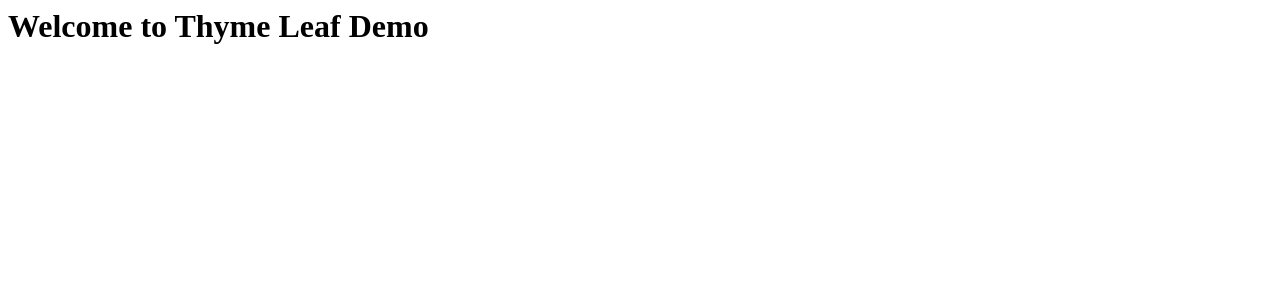
Repository: PiyushSinghThakur/DiscoverPractice
Page: ThymeDemo/src/main/resources/static/index.html
The author's editor kept a copy of each file at every save. The page is drawn from the files as they stood at one save, then again after the next save.
The browser window is 1280 px wide. The pictures show the whole page.

Above is the page before, as saved 2020-12-04 08:44:02.

After the next save:
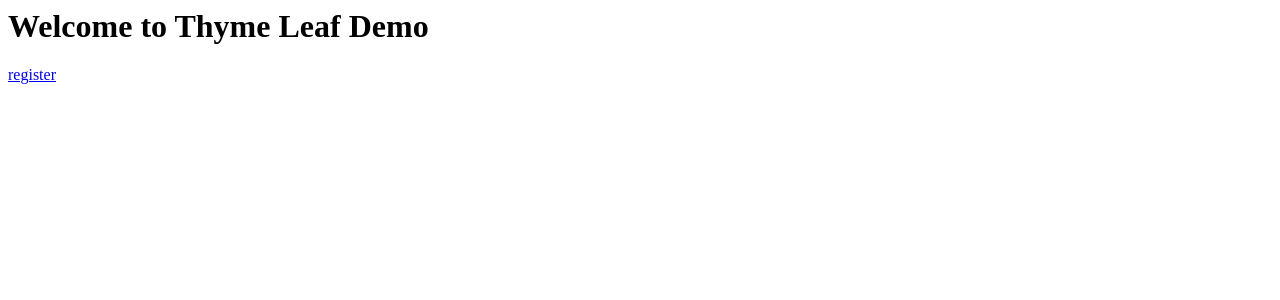
Saved 97 s later.
--- a/ThymeDemo/src/main/resources/static/index.html
+++ b/ThymeDemo/src/main/resources/static/index.html
@@ -4,5 +4,6 @@
  </head>
  <body>
     <h1>Welcome to Thyme Leaf Demo</h1>
+    <a href="register">register</a>
  </body>
 </html>
